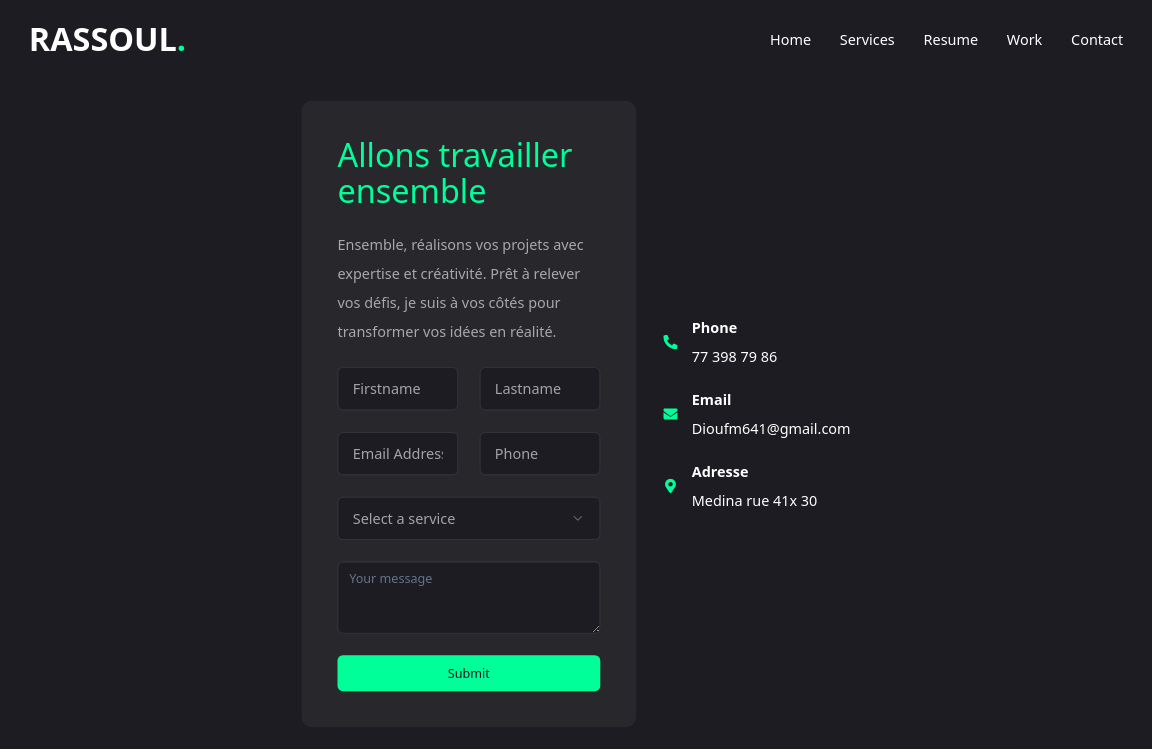
Repository: MDiouf9/portfolio2
Page: /contact
These files come from the project's save history. The page is drawn as it stood at one moment and after the next save; the edit follows.
The browser window is 1280 px wide. The pictures show the whole page, at 90% of full size.
The project was rebuilt for these pictures with package versions that can differ from the ones it lists, and the page was loaded fresh each time. The framework's server and built-in components were replaced by stand-ins that run in the browser. Also part of the build but not shown: next.config.mjs.

Above is the page before, as saved 2024-10-15 23:45:01.

### src/app/contact/page.tsx
"use client"
import { Button } from '@/components/ui/button';
import { Input } from '@/components/ui/input';
import { Textarea } from '@/components/ui/textarea';
import {
  Select,
  SelectContent,
  SelectGroup,
  SelectItem,
  SelectLabel,
  SelectTrigger,
  SelectValue
} from '@/components/ui/select';
import { FaPhoneAlt, FaEnvelope, FaMapMarkerAlt } from 'react-icons/fa';
import { motion } from 'framer-motion';

const info = [
  {
    icon: <FaPhoneAlt />,
    title: 'Phone',
    description: '77 398 79 86'
  },
  {
    icon: <FaEnvelope />,
    title: 'Email',
    description: 'Dioufm641@gmail.com'
  },
  {
    icon: <FaMapMarkerAlt />,
    title: 'Adresse',
    description: 'Medina rue 41x 30'
  }
];

const Contact = () => {
  return (
    <motion.section
      initial={{ opacity: 0 }}
      animate={{
        opacity: 1,
        transition: { delay: 2.4, duration: 0.4, ease: 'easeIn' },
      }}
      className="py-6"
    >
      <div className="container mx-auto">
        <div className="flex flex-col xl:flex-row gap-[30px]">
          {/* Formulaire de contact */}
          <div className="xl:h-[54%] order-2 xl:order-none">
            <form className="flex flex-col gap-6 p-10 bg-[#27272c] rounded-xl">
              <h3 className="text-4xl text-accent"> Allons travailler ensemble</h3>
              <p className="text-white/60">


Ensemble, réalisons vos projets avec expertise et créativité. Prêt à relever vos défis, je suis à vos côtés pour transformer vos idées en réalité.
              </p>
              <div className="grid grid-cols-1 md:grid-cols-2 gap-6">
                <Input type="text" placeholder="Firstname" />
                <Input type="text" placeholder="Lastname" />
                <Input type="email" placeholder="Email Address" />
                <Input type="tel" placeholder="Phone" />
              </div>
              <Select>
                <SelectTrigger className="w-full">
                  <SelectValue placeholder="Select a service" />
                </SelectTrigger>
                <SelectContent>
                  <SelectGroup>
                    <SelectLabel>Select a service</SelectLabel>
                    <SelectItem value="est">Web Development</SelectItem>
                    <SelectItem value="cst">Mobile Development</SelectItem>
                  </SelectGroup>
                </SelectContent>
              </Select>
              <Textarea className='h-[200px]:' placeholder="Your message" />
              <Button>Submit</Button>
            </form>
          </div>

          {/* Section avec les informations de contact */}
          <div className="flex-1 flex items-center xl:justify-end order-1 xl:order-none mb-8 xl:mb-0">
            <div className="space-y-4 text-white">
              {info.map((item, index) => (
                <div key={index} className="flex items-center space-x-4">
                  <div className="text-accent">{item.icon}</div>
                  <div>
                    <h4 className="font-bold">{item.title}</h4>
                    <p>{item.description}</p>
                  </div>
                </div>
              ))}
            </div>
          </div>
        </div>
      </div>
    </motion.section>
  );
};

export default Contact;

### src/components/Header.tsx
import Link from 'next/link';
import { Button } from './ui/button';
import React from 'react';
import Nav from './Nav';
import MobileNav from './MobileNav';

const Header = () => {
  return (
    <header className='bg-dark py-3 xl:py-6 text-white w-full'>
      {/* Wrapper pour le contenu du header */}
      <div className='flex items-center justify-between px-4 md:px-8'>
        {/* Logo */}
        <Link href="/">
          <h1 className='text-3xl md:text-4xl font-semibold'>
            RASSOUL<span className='text-accent'>.</span>
          </h1>
        </Link>

        {/* Menu de navigation pour les grands écrans */}
        <div className="hidden xl:flex items-center gap-8">
          <Nav />
          {/* <Link href="/Contact">
            <Button>Hire Me</Button>
          </Link> */}
        </div>

        {/* Menu mobile (uniquement visible sur petits écrans) */}
        <div className='xl:hidden'>
          <MobileNav />
        </div>
      </div>
    </header>
  );
};

export default Header;

### src/components/ui/button.tsx
import * as React from "react";
import { Slot } from "@radix-ui/react-slot";
import { cva, type VariantProps } from "class-variance-authority";

import { cn } from "@/lib/utils";

// Définit les variantes directement dans l'objet variants
const buttonVariants = cva(
  "inline-flex items-center justify-center whitespace-nowrap rounded-md text-sm font-medium ring-offset-white transition-colors focus-visible:outline-none focus-visible:ring-2 focus-visible:ring-slate-950 focus-visible:ring-offset-2 disabled:pointer-events-none disabled:opacity-50 dark:ring-offset-slate-950 dark:focus-visible:ring-slate-300",
  {
    variants: {
      variant: {
        default: "bg-accent text-primary hover:bg-accent-hover",
        outline: "border border-slate-300 text-slate-700 hover:bg-accent-hover",
      },
      size: {
        default: "h-10 px-4 py-2",
        sm: "h-9 rounded-md px-3",
        lg: "h-11 rounded-md px-8",
        icon: "h-10 w-10",
      },
    },
    defaultVariants: {
      variant: "default",
      size: "default",
    },
  }
);

// Interface ButtonProps
export interface ButtonProps
  extends React.ButtonHTMLAttributes<HTMLButtonElement>,
    VariantProps<typeof buttonVariants> {
  asChild?: boolean;
}

const Button = React.forwardRef<HTMLButtonElement, ButtonProps>(
  ({ className, variant, size, asChild = false, ...props }, ref) => {
    const Comp = asChild ? Slot : "button";
    return (
      <Comp
        className={cn(buttonVariants({ variant, size, className }))}
        ref={ref}
        {...props}
      />
    );
  }
);
Button.displayName = "Button";

export { Button, buttonVariants };

### src/components/ui/input.tsx
import * as React from "react"

import { cn } from "@/lib/utils"

export interface InputProps
  extends React.InputHTMLAttributes<HTMLInputElement> {}

const Input = React.forwardRef<HTMLInputElement, InputProps>(
  ({ className, type, ...props }, ref) => {
    return (
      <input
        type={type}
        className={cn( 'flex h-[48px] rounded-md border border-white/10 focus:border-accent font-light bg-primary px-4 py-5  text-base placeholder:text-white/60 outline-none',

          className
        )}
        ref={ref}
        {...props}
      />
    )
  }
)
Input.displayName = "Input"

export { Input }

### src/components/ui/textarea.tsx
import * as React from "react"

import { cn } from "@/lib/utils"

export interface TextareaProps
  extends React.TextareaHTMLAttributes<HTMLTextAreaElement> {}

const Textarea = React.forwardRef<HTMLTextAreaElement, TextareaProps>(
  ({ className, ...props }, ref) => {
    return (
      <textarea
        className={cn(
          "flex min-h-[80px] w-full rounded-md border border-white/10 bg-primary px-3 py-2 text-sm ring-offset-white placeholder:text-slate-500 focus-visible:outline-none focus-visible:ring-2 focus-visible:ring-accent focus-visible:ring-offset-2 disabled:cursor-not-allowed disabled:opacity-50 dark:border-slate-800 dark:bg-slate-950 dark:ring-offset-slate-950 dark:placeholder:text-slate-400 dark:focus-visible:ring-slate-300",
          className
        )}
        ref={ref}
        {...props}
      />
    )
  }
)
Textarea.displayName = "Textarea"

export { Textarea }

### src/components/Nav.tsx
"use client"
import React from 'react'
import Link from 'next/link'
import { usePathname } from 'next/navigation'



const links =[
        {
            name: "Home",
            path: "/",
        },
        {
            name: "Services",
            path: "/Services",
        },
        {
            name: "Resume",
            path: "/Resume",
        },
        {
            name: "work",
            path: "/Work",
        },
        {
            name: "Contact",
            path: "/Contact",
        },
    ]
 const Nav = () => {
  const  pathname = usePathname();
  return (
    <nav className=' flex gap-8'>
        {links.map((link,index) => {
            return (
                <Link href={link.path} key={index} className={`${link.path === pathname && "text-accent border-b-2 border-accent"} capitalize font-medium hover:text-accent transition-all`}>
                    {link.name}
                </Link>
            );
        })}

    </nav>
  );
}
export default Nav

### src/components/MobileNav.tsx
"use client";
import React from 'react'
import {Sheet ,  SheetContent, SheetTrigger, } from '@/components/ui/sheet'
import { usePathname } from 'next/navigation';
import Link from 'next/link';
import {CiMenuFries} from "react-icons/ci"

const links =[
  {
    name: "Home",
    path: "/",
},
{
    name: "Services",
    path: "/Services",
},
{
    name: "Resume",
    path: "/Resume",
},
{
    name: "work",
    path: "/Work",
},
{
    name: "Contact",
    path: "/Contact",
},
]

const MobileNav = () => {
  const pathname = usePathname();
  return (
    <Sheet>
<SheetTrigger className='flex justify-center items-center'>
  <CiMenuFries  className=' text-[32px] text-accent'/>
</SheetTrigger>
<SheetContent  className='flex flex-col'>

     <div className=' mt-32 mb-40 text-center txt-2xl'>
     <h1> MOUHAMED<span className='text-accent'>.</span> <em className='text-accent'>DIOUF</em></h1>

     </div>
     <nav className='flex flex-col justify-center items-center gap-8'>
{links.map((link,index)=>{
  return (
    <Link href={link.path} key={index} className={`${link.path === pathname && "text-accent border-b-2 border-accent"} capitalize font-medium hover:text-accent transition-all`}>
      {link.name}


    </Link>
  )
})

}
     </nav>
     </SheetContent>
    </Sheet>
  )
}

export default MobileNav

### src/components/ui/sheet.tsx
"use client"

import * as React from "react"
import * as SheetPrimitive from "@radix-ui/react-dialog"
import { cva, type VariantProps } from "class-variance-authority"
import {IoMdClose} from 'react-icons/io'

import { cn } from "@/lib/utils"

const Sheet = SheetPrimitive.Root

const SheetTrigger = SheetPrimitive.Trigger

const SheetClose = SheetPrimitive.Close

const SheetPortal = SheetPrimitive.Portal

const SheetOverlay = React.forwardRef<
  React.ElementRef<typeof SheetPrimitive.Overlay>,
  React.ComponentPropsWithoutRef<typeof SheetPrimitive.Overlay>
>(({ className, ...props }, ref) => (
  <SheetPrimitive.Overlay
    className={cn(
      "fixed inset-0 z-50 bg-black/80  data-[state=open]:animate-in data-[state=closed]:animate-out data-[state=closed]:fade-out-0 data-[state=open]:fade-in-0",
      className
    )}
    {...props}
    ref={ref}
  />
))
SheetOverlay.displayName = SheetPrimitive.Overlay.displayName

const sheetVariants = cva(
  "fixed z-50 gap-4 bg-primary p-6 shadow-lg transition ease-in-out data-[state=open]:animate-in data-[state=closed]:animate-out data-[state=closed]:duration-300 data-[state=open]:duration-500 dark:bg-slate-950",
  {
    variants: {
      side: {
        top: "inset-x-0 top-0 border-b data-[state=closed]:slide-out-to-top data-[state=open]:slide-in-from-top",
        bottom:
          "inset-x-0 bottom-0 border-t data-[state=closed]:slide-out-to-bottom data-[state=open]:slide-in-from-bottom",
        left: "inset-y-0 left-0 h-full w-3/4  data-[state=closed]:slide-out-to-left data-[state=open]:slide-in-from-left sm:max-w-sm",
        right:
          "inset-y-0 right-0 h-full w-3/4   data-[state=closed]:slide-out-to-right data-[state=open]:slide-in-from-right sm:max-w-sm",
      },
    },
    defaultVariants: {
      side: "right",
    },
  }
)

interface SheetContentProps
  extends React.ComponentPropsWithoutRef<typeof SheetPrimitive.Content>,
    VariantProps<typeof sheetVariants> {}

const SheetContent = React.forwardRef<
  React.ElementRef<typeof SheetPrimitive.Content>,
  SheetContentProps
>(({ side = "right", className, children, ...props }, ref) => (
  <SheetPortal>
    <SheetOverlay />
    <SheetPrimitive.Content
      ref={ref}
      className={cn(sheetVariants({ side }), className)}
      {...props}
    >
      {children}
      <SheetPrimitive.Close className="absolute right-4 top-4 rounded-sm opacity-70 ring-offset-white transition-opacity hover:opacity-100 focus:outline-none focus:ring-2 focus:ring-slate-950 focus:ring-offset-2 disabled:pointer-events-none data-[state=open]:bg-slate-100 dark:ring-offset-slate-950 dark:focus:ring-slate-300 dark:data-[state=open]:bg-slate-800">
        <IoMdClose className="text-3xl text-accent" />
        <span className="sr-only">Close</span>
      </SheetPrimitive.Close>
    </SheetPrimitive.Content>
  </SheetPortal>
))
SheetContent.displayName = SheetPrimitive.Content.displayName

const SheetHeader = ({
  className,
  ...props
}: React.HTMLAttributes<HTMLDivElement>) => (
  <div
    className={cn(
      "flex flex-col space-y-2 text-center sm:text-left",
      className
    )}
    {...props}
  />
)
SheetHeader.displayName = "SheetHeader"

const SheetFooter = ({
  className,
  ...props
}: React.HTMLAttributes<HTMLDivElement>) => (
  <div
    className={cn(
      "flex flex-col-reverse sm:flex-row sm:justify-end sm:space-x-2",
      className
    )}
    {...props}
  />
)
SheetFooter.displayName = "SheetFooter"

const SheetTitle = React.forwardRef<
  React.ElementRef<typeof SheetPrimitive.Title>,
  React.ComponentPropsWithoutRef<typeof SheetPrimitive.Title>
>(({ className, ...props }, ref) => (
  <SheetPrimitive.Title
    ref={ref}
    className={cn("text-lg font-semibold text-slate-950 dark:text-slate-50", className)}
    {...props}
  />
))
SheetTitle.displayName = SheetPrimitive.Title.displayName

const SheetDescription = React.forwardRef<
  React.ElementRef<typeof SheetPrimitive.Description>,
  React.ComponentPropsWithoutRef<typeof SheetPrimitive.Description>
>(({ className, ...props }, ref) => (
  <SheetPrimitive.Description
    ref={ref}
    className={cn("text-sm text-slate-500 dark:text-slate-400", className)}
    {...props}
  />
))
SheetDescription.displayName = SheetPrimitive.Description.displayName

export {
  Sheet,
  SheetPortal,
  SheetOverlay,
  SheetTrigger,
  SheetClose,
  SheetContent,
  SheetHeader,
  SheetFooter,
  SheetTitle,
  SheetDescription,
}

Loaded but not shown: src/app/layout.tsx (common file); src/app/globals.css (common file); src/lib/utils.ts (common file); tailwind.config.ts (common file); src/components/ui/select.tsx (160 lines, source omitted)

After the next save:
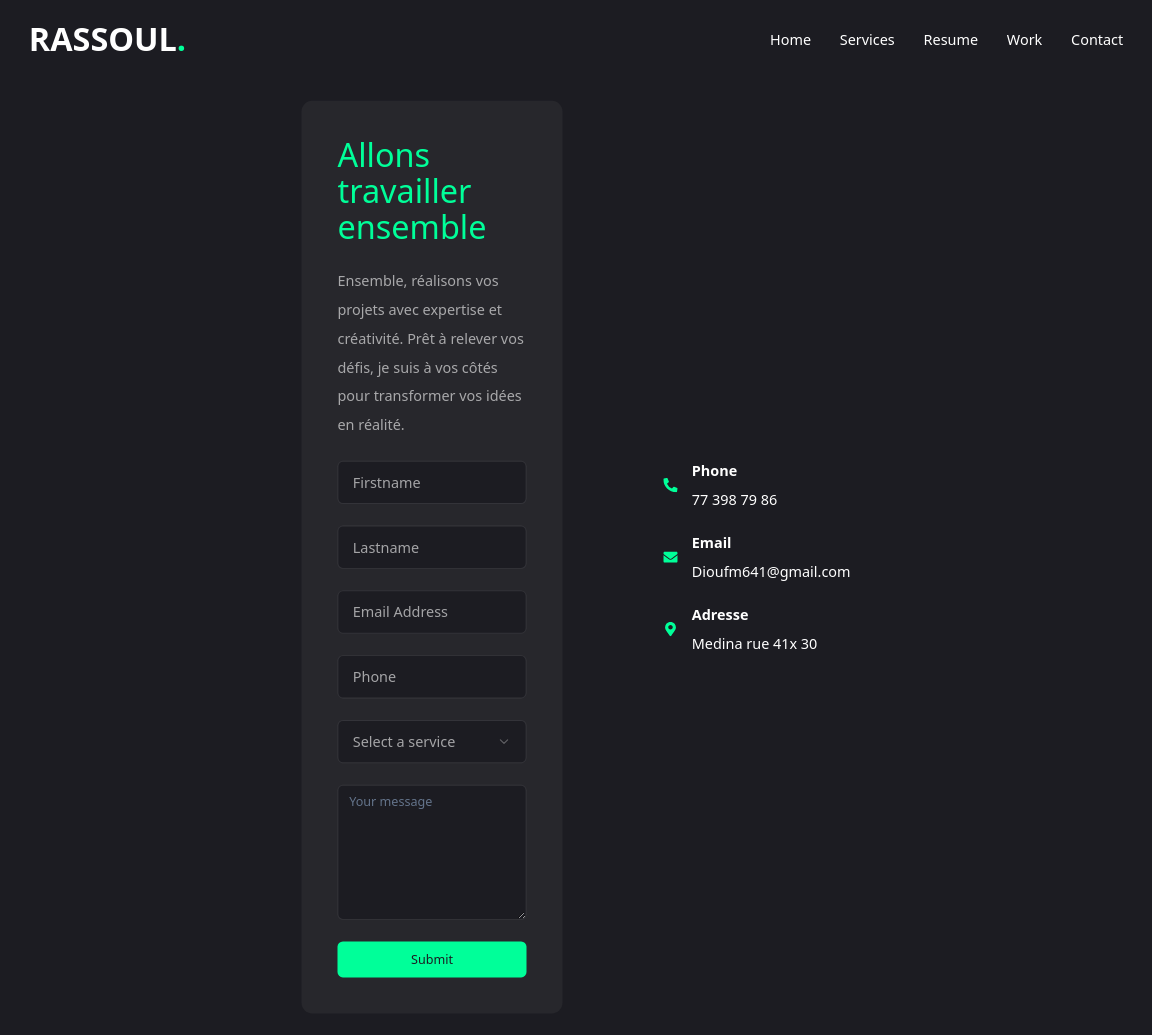
Saved 2 min 30 s later.
--- a/src/app/contact/page.tsx
+++ b/src/app/contact/page.tsx
@@ -1,4 +1,4 @@
-"use client"
+"use client";
 import { Button } from '@/components/ui/button';
 import { Input } from '@/components/ui/input';
 import { Textarea } from '@/components/ui/textarea';
@@ -45,21 +45,21 @@
       <div className="container mx-auto">
         <div className="flex flex-col xl:flex-row gap-[30px]">
           {/* Formulaire de contact */}
-          <div className="xl:h-[54%] order-2 xl:order-none">
-            <form className="flex flex-col gap-6 p-10 bg-[#27272c] rounded-xl">
+          <div className="xl:flex-1 order-2 xl:order-none">
+            <form className="flex flex-col gap-6 p-10 bg-[#27272c] rounded-xl w-full">
               <h3 className="text-4xl text-accent"> Allons travailler ensemble</h3>
               <p className="text-white/60">
+                Ensemble, réalisons vos projets avec expertise et créativité. Prêt à relever vos défis, je suis à vos côtés pour transformer vos idées en réalité.
+              </p>
 
+              {/* Champs du formulaire en pleine largeur */}
+              <Input type="text" placeholder="Firstname" className="w-full" />
+              <Input type="text" placeholder="Lastname" className="w-full" />
+              <Input type="email" placeholder="Email Address" className="w-full" />
+              <Input type="tel" placeholder="Phone" className="w-full" />
 
-Ensemble, réalisons vos projets avec expertise et créativité. Prêt à relever vos défis, je suis à vos côtés pour transformer vos idées en réalité.
-              </p>
-              <div className="grid grid-cols-1 md:grid-cols-2 gap-6">
-                <Input type="text" placeholder="Firstname" />
-                <Input type="text" placeholder="Lastname" />
-                <Input type="email" placeholder="Email Address" />
-                <Input type="tel" placeholder="Phone" />
-              </div>
-              <Select>
+              {/* Select pour les services */}
+              <Select className="w-full">
                 <SelectTrigger className="w-full">
                   <SelectValue placeholder="Select a service" />
                 </SelectTrigger>
@@ -71,8 +71,12 @@
                   </SelectGroup>
                 </SelectContent>
               </Select>
-              <Textarea className='h-[200px]:' placeholder="Your message" />
-              <Button>Submit</Button>
+
+              {/* Zone de texte pour le message */}
+              <Textarea className="h-[150px] w-full" placeholder="Your message" />
+
+              {/* Bouton de soumission */}
+              <Button className="w-full md:w-auto">Submit</Button>
             </form>
           </div>
 

After the save that followed:
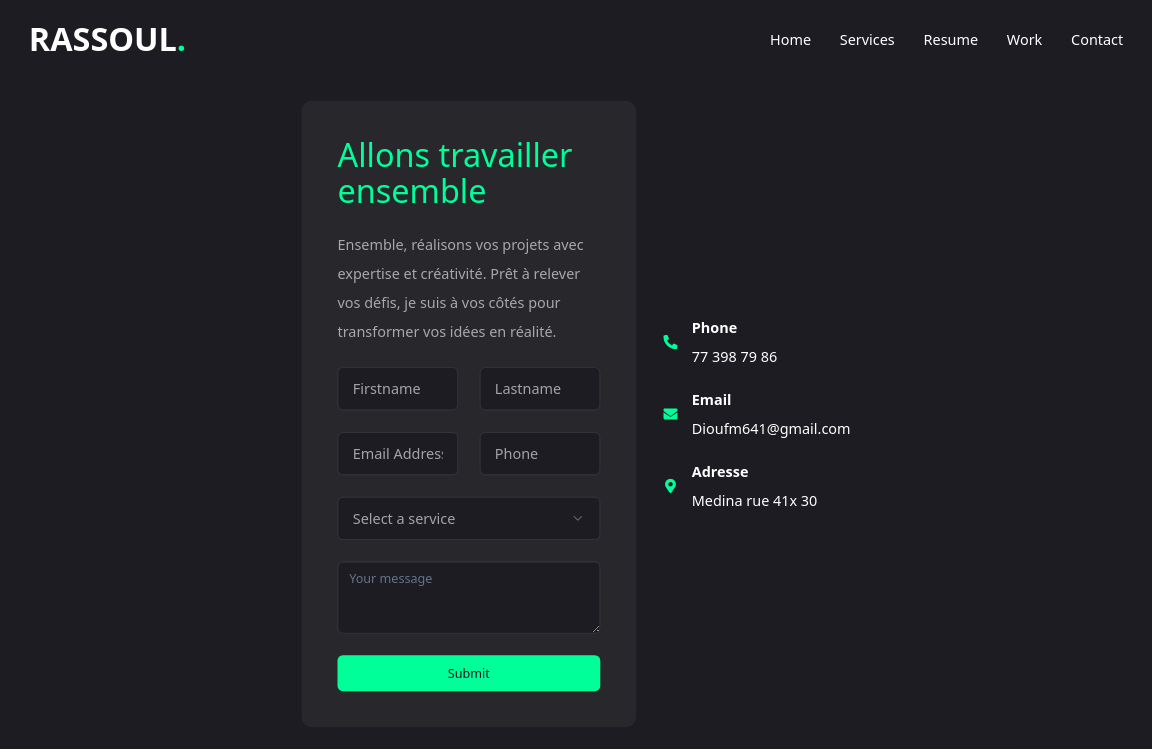
Saved 16 s later.
--- a/src/app/contact/page.tsx
+++ b/src/app/contact/page.tsx
@@ -1,4 +1,4 @@
-"use client";
+"use client"
 import { Button } from '@/components/ui/button';
 import { Input } from '@/components/ui/input';
 import { Textarea } from '@/components/ui/textarea';
@@ -45,21 +45,21 @@
       <div className="container mx-auto">
         <div className="flex flex-col xl:flex-row gap-[30px]">
           {/* Formulaire de contact */}
-          <div className="xl:flex-1 order-2 xl:order-none">
-            <form className="flex flex-col gap-6 p-10 bg-[#27272c] rounded-xl w-full">
+          <div className="xl:h-[54%] order-2 xl:order-none">
+            <form className="flex flex-col gap-6 p-10 bg-[#27272c] rounded-xl">
               <h3 className="text-4xl text-accent"> Allons travailler ensemble</h3>
               <p className="text-white/60">
-                Ensemble, réalisons vos projets avec expertise et créativité. Prêt à relever vos défis, je suis à vos côtés pour transformer vos idées en réalité.
+
+
+Ensemble, réalisons vos projets avec expertise et créativité. Prêt à relever vos défis, je suis à vos côtés pour transformer vos idées en réalité.
               </p>
-
-              {/* Champs du formulaire en pleine largeur */}
-              <Input type="text" placeholder="Firstname" className="w-full" />
-              <Input type="text" placeholder="Lastname" className="w-full" />
-              <Input type="email" placeholder="Email Address" className="w-full" />
-              <Input type="tel" placeholder="Phone" className="w-full" />
-
-              {/* Select pour les services */}
-              <Select className="w-full">
+              <div className="grid grid-cols-1 md:grid-cols-2 gap-6">
+                <Input type="text" placeholder="Firstname" />
+                <Input type="text" placeholder="Lastname" />
+                <Input type="email" placeholder="Email Address" />
+                <Input type="tel" placeholder="Phone" />
+              </div>
+              <Select>
                 <SelectTrigger className="w-full">
                   <SelectValue placeholder="Select a service" />
                 </SelectTrigger>
@@ -71,12 +71,8 @@
                   </SelectGroup>
                 </SelectContent>
               </Select>
-
-              {/* Zone de texte pour le message */}
-              <Textarea className="h-[150px] w-full" placeholder="Your message" />
-
-              {/* Bouton de soumission */}
-              <Button className="w-full md:w-auto">Submit</Button>
+              <Textarea className='h-[200px]:' placeholder="Your message" />
+              <Button>Submit</Button>
             </form>
           </div>
 
